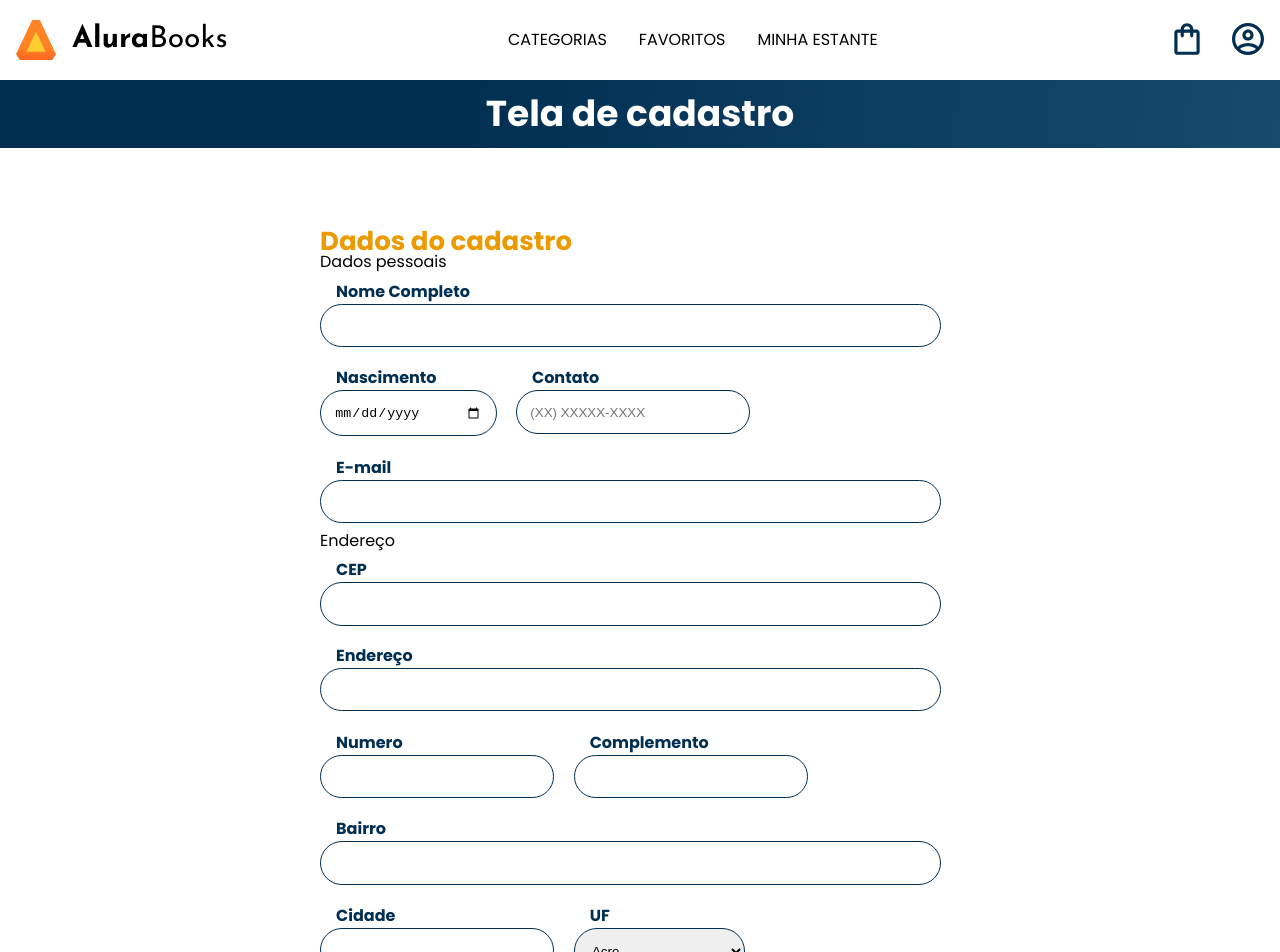
Repository: joaoPraiaJunior/viacep
Page: index.html
An editor plug-in stored every save of this project. The page is shown before and after the next save, followed by the edit.
The browser window is 1280 px wide. The pictures show the part of the page from y = 0 to 952 px (the page is 1714 px tall before and 1904 px after).
A picture or video elsewhere on the page could not be fetched, so the positions and the page height are approximate.

Above is the page before, as saved 2024-07-25 21:41:05.

### index.html
<!DOCTYPE html>
<html lang="pt-BR" dir="ltr">

<head>
    <meta charset="UTF-8">
    <meta http-equiv="X-UA-Compatible" content="IE=edge">
    <meta name="viewport" content="width=device-width, initial-scale=1.0">
    <link rel="stylesheet" href="./styles/reset.css">
    <link rel="preconnect" href="https://fonts.googleapis.com">
    <link rel="preconnect" href="https://fonts.gstatic.com" crossorigin>
    <link href="https://fonts.googleapis.com/css2?family=Poppins:wght@300;400;500;700&display=swap" rel="stylesheet">
    <link rel="stylesheet" href="https://unpkg.com/swiper@8/swiper-bundle.min.css" />
    <link href="https://fonts.googleapis.com/css2?family=Josefin+Sans:wght@400;700&display=swap" rel="stylesheet">
    <link rel="stylesheet" href="./styles/styles.css">
    <title>Formulário de cadastro</title>
</head>

<body>

    <header class="cabeçalho">
        <div class="container">
            <input type="checkbox" id="menu" class="container__botao">
            <label for="menu" class="container__rotulo">
                <span class="cabeçalho__menu-hamburguer container__imagem"></span>
            </label>
            <ul class="lista-menu">
                <li class="lista-menu__titulo">Categorias</li>
                <li class="lista-menu__item">
                    <a href="#" class="lista-menu__link">Programação</a>
                </li>
                <li class="lista-menu__item">
                    <a href="#" class="lista-menu__link">Front-end</a>
                </li>
                <li class="lista-menu__item">
                    <a href="#" class="lista-menu__link">Infraestrutura</a>
                </li>
                <li class="lista-menu__item">
                    <a href="#" class="lista-menu__link">Business</a>
                </li>
                <li class="lista-menu__item">
                    <a href="#" class="lista-menu__link">Design & UX</a>
                </li>
            </ul>
            <img src="img/Logo.svg" alt="Logo da Alurabooks" class="container__imagem">
            <h1 class="container__titulo"><b class="container__titulo--negrito">Alura</b>Books</h1>
        </div>

        <ul class="opções">
            <input type="checkbox" id="opções-menu" class="opções__botão">
            <li class="opções__item"><a href="#" class="opções__link">Categorias</a></li>
            <li class="opções__item"><a href="#" class="opções__link">Favoritos</a></li>
            <li class="opções__item"><a href="#" class="opções__link">Minha estante</a></li>
        </ul>

        <div class="container">
            <a href="#"><img src="img/Favoritos.svg" alt="Meus favoritos"
                    class="container__imagem container__imagem-transparente"></a>
            <a href="#" class="container__link">
                <img src="img/Compras.svg" alt="Carrinhos de compras" class="container__imagem">
                <p class="container__texto">Minha sacola</p>
            </a>
            <a href="#" class="container__link">
                <img src="img/Usuario.svg" alt="Meu perfil" class="container__imagem">
                <p class="container__texto">Meu perfil</p>
            </a>
        </div>
    </header>

    <section class="banner">
        <h2 class="banner__titulo">Tela de cadastro</h2>
    </section>

    <main class="principal">
        <h2 class="principal__titulo">Dados do cadastro</h2>

        <form class="principal__formulario" id="formulario" target="_blank"
            onsubmit="location.replace('./cadastro-finalizado.html')" data-js="formulario">
            <fieldset>
                <legend class="formulario__titulo">Dados pessoais</legend>
                <div class="formulario__campo">
                    <label class="campo__etiqueta" for="nome">Nome Completo</label>
                    <input name="nome" id="nome" class="campo__escrita" required />
                </div>
                <div class="formulario__dupla">
                    <div class="formulario__campo">
                        <label class="campo__etiqueta" for="nascimento">Nascimento</label>
                        <input name="nascimento" id="nascimento" type="date" class="campo__escrita" required />
                    </div>
                    <div class="formulario__campo">
                        <label class="campo__etiqueta" for="telefone">Contato</label>
                        <input name="telefone" id="telefone" type="tel" placeholder="(XX) XXXXX-XXXX" class="campo__escrita"
                            required />
                    </div>
                </div>
                <div class="formulario__campo">
                    <label class="campo__etiqueta" for="email">E-mail</label>
                    <input name="email" id="email" type="email" class="campo__escrita" required />
                </div>
            </fieldset>

            <fieldset>
                <legend class="formulario__titulo">Endereço</legend>

                <div class="formulario__campo">
                    <label class="campo__etiqueta" for="cep">CEP</label>
                    <input name="cep" id="cep" class="campo__escrita" required />
                    <div id="erro" class="formulario__erro" data-js="mensagem-de-erro"></div>
                </div>

                <div class="formulario__campo">
                    <label class="campo__etiqueta" for="endereco">Endereço</label>
                    <input name="endereco" id="endereco" class="campo__escrita" required />
                </div>
                <div class="formulario__dupla">
                    <div class="formulario__campo">
                        <label class="campo__etiqueta" for="numero">Numero</label>
                        <input name="numero" id="numero" class="campo__escrita" required />
                    </div>
                    <div class="formulario__campo">
                        <label class="campo__etiqueta" for="complemento">Complemento</label>
                        <input name="complemento" id="complemento" class="campo__escrita" />
                    </div>
                </div>
                <div class="formulario__campo">
                    <label class="campo__etiqueta" for="bairro">Bairro</label>
                    <input name="bairro" id="bairro" class="campo__escrita" required />
                </div>
                <div class="formulario__dupla">
                    <div class="formulario__campo">
                        <label class="campo__etiqueta" for="cidade">Cidade</label>
                        <input name="cidade" id="cidade" class="campo__escrita" required />
                    </div>
                    <div class="formulario__campo">
                        <label class="campo__etiqueta" for="estado">UF</label>
                        <select id="estado" name="estado" class="campo__escrita">
                            <option value="AC">Acre</option>
                            <option value="AL">Alagoas</option>
                            <option value="AP">Amapá</option>
                            <option value="AM">Amazonas</option>
                            <option value="BA">Bahia</option>
                            <option value="CE">Ceará</option>
                            <option value="DF">Distrito Federal</option>
                            <option value="ES">Espírito Santo</option>
                            <option value="GO">Goiás</option>
                            <option value="MA">Maranhão</option>
                            <option value="MT">Mato Grosso</option>
                            <option value="MS">Mato Grosso do Sul</option>
                            <option value="MG">Minas Gerais</option>
                            <option value="PA">Pará</option>
                            <option value="PB">Paraíba</option>
                            <option value="PR">Paraná</option>
                            <option value="PE">Pernambuco</option>
                            <option value="PI">Piauí</option>
                            <option value="RJ">Rio de Janeiro</option>
                            <option value="RN">Rio Grande do Norte</option>
                            <option value="RS">Rio Grande do Sul</option>
                            <option value="RO">Rondônia</option>
                            <option value="RR">Roraima</option>
                            <option value="SC">Santa Catarina</option>
                            <option value="SP">São Paulo</option>
                            <option value="SE">Sergipe</option>
                            <option value="TO">Tocantins</option>
                            <option value="EX">Estrangeiro</option>
                        </select>
                    </div>
                </div>
            </fieldset>

            <input type="submit" value="Enviar formulário" class="formulario__botao" id="enviar">
        </form>
    </main>

    <hr>
    <footer class="rodapé">
        <h2 class="rodapé__titulo">Grupo Alura</h2>
        <ul class="lista-rodapé">
            <li class="lista-rodapé__titulo">Educação</li>
            <li class="lista-rodapé__item">
                <img src="img/CasaDoCodigo.svg" alt="Logo da casa do código">
                <a href="https://www.casadocodigo.com.br/" class="lista-rodapé__link">Casa do código</a>
            </li>
            <li class="lista-rodapé__item">
                <img src="img/Caelum.svg" alt="Logo da caelum">
                <a href="https://caelum.com.br/" class="lista-rodapé__link">Caelum</a>
            </li>
        </ul>

        <ul class="lista-rodapé">
            <li class="lista-rodapé__titulo">Educação online</li>
            <li class="lista-rodapé__item">
                <img src="img/Alura.svg" alt="Logo da Alura">
                <a href="https://www.alura.com.br/" class="lista-rodapé__link">Alura</a>
            </li>
            <li class="lista-rodapé__item">
                <img src="img/AluraEmpresas.svg" alt="Logo da Alura para Empresas">
                <a href="https://www.alura.com.br/empresas" class="lista-rodapé__link">Alura para Empresas</a>
            </li>
            <li class="lista-rodapé__item">
                <img src="img/AluraLATAM.svg" alt="Logo da Alura Latam">
                <a href="https://www.aluracursos.com/" class="lista-rodapé__link">Alura LATAM</a>
            </li>
            <li class="lista-rodapé__item">
                <img src="img/AluraStart.svg" alt="Logo da Alura START">
                <a href="https://www.alurastart.com.br/" class="lista-rodapé__link">Alura Start</a>
            </li>
            <li class="lista-rodapé__item">
                <img src="img/MusicDot.svg" alt="Logo da Music Dot">
                <a href="https://www.musicdot.com.br/" class="lista-rodapé__link">Music Dot</a>
            </li>
            <li class="lista-rodapé__item">
                <img src="img/AluraLingua.svg" alt="Logo da Alura Lingua">
                <a href="https://www.aluralingua.com.br/" class="lista-rodapé__link">Alura Lingua</a>
            </li>
            <li class="lista-rodapé__item">
                <img src="img/PM3.svg" alt="Logo da PM3">
                <a href="https://www.cursospm3.com.br/" class="lista-rodapé__link">PM3</a>
            </li>
        </ul>

        <ul class="lista-rodapé">
            <li class="lista-rodapé__titulo">Comunidade</li>
            <li class="lista-rodapé__item">
                <img src="img/HipstersTech.svg" alt="Logo do Hipsters ponto Tech">
                <a href="https://hipsters.tech/" class="lista-rodapé__link">Hipsters ponto Tech</a>
            </li>
            <li class="lista-rodapé__item">
                <img src="img/ScubaDev.svg" alt="Logo do Scuba Dev">
                <a href="https://scuba.dev.br/" class="lista-rodapé__link">Scuba Dev</a>
            </li>
            <li class="lista-rodapé__item">
                <img src="img/LayersTech.svg" alt="Logo do Layers ponto Tech">
                <a href="https://layerspontotech.com.br/" class="lista-rodapé__link">Layers ponto Tech</a>
            </li>
            <li class="lista-rodapé__item">
                <img src="img/LikeABoss.svg" alt="Logo do Like a Boss">
                <a href="https://likeaboss.com.br/" class="lista-rodapé__link">Like a Boss</a>
            </li>
            <li class="lista-rodapé__item">
                <img src="img/CarreiraSemFronteira.svg" alt="Logo do Carreira sem fronteiras">
                <a href="https://www.carreirasemfronteiras.com.br/" class="lista-rodapé__link">Carreira sem
                    fronteiras</a>
            </li>
            <li class="lista-rodapé__item">
                <img src="img/HipstersJobs.svg" alt="Logo do Hipsters ponto jobs">
                <a href="https://hipsters.jobs/" class="lista-rodapé__link">Hipsters ponto jobs</a>
            </li>
            <li class="lista-rodapé__item">
                <img src="img/GUJ.svg" alt="Logo do GUJ">
                <a href="https://www.guj.com.br/" class="lista-rodapé__link">GUJ</a>
            </li>
        </ul>
    </footer>

    <script src="./js/script.js"></script>
</body>

</html>

### js/script.js

const elementos = {
    formulario: '[data-js="formulario"]',
    mensagemDeErro: '[data-js="mensagem-de-erro"]',
}


const formulario = document.querySelector(`${elementos.formulario}`);
const mensagemDeErro = document.querySelector(`${elementos.mensagemDeErro}`);
const cep = formulario.cep;

async function buscaEndereco(cep) {
    mensagemDeErro.innerHTML = "";

    try {
        const consultaDeCEP = await fetch(`https://viacep.com.br/ws/${cep}/json/`);
        const consultaDeCEPConvertida = await consultaDeCEP.json();

        if (consultaDeCEPConvertida.erro) {
            throw Error('CEP não existente!');
        }

        formulario.cidade.value = consultaDeCEPConvertida.localidade;
        formulario.endereco.value = consultaDeCEPConvertida.logradouro;
        formulario.bairro.value = consultaDeCEPConvertida.bairro;
        formulario.estado.value = consultaDeCEPConvertida.uf;

        console.log(consultaDeCEPConvertida);

        return consultaDeCEPConvertida;

    } catch (erro) {
        mensagemDeErro.innerHTML = `<p class="erro__imagem"></p><p class="erro__texto">CEP inválido. Tente novamente!</p>`
        console.log(erro);
    }
}

cep.addEventListener("focusout", () => buscaEndereco(cep.value));

### styles/header.css
.cabeçalho__menu-hamburguer {
    width: 24px;
    height: 24px;
    background-image: url("../img/Menu.svg");
    background-repeat: no-repeat;
    background-position: center;
    display: inline-block;
}

.container__botao:checked~.container__rotulo>.cabeçalho__menu-hamburguer {
    background-image: url("../img/Menu Aberto.svg");
}

.container__botao:checked~.container__rotulo {
    background: var(--azul-degrade);
}

.cabeçalho {
    background-color: var(--branco);
    display: flex;
    justify-content: space-between;
    align-items: center;
    position: relative;
}

.container {
    display: flex;
    align-items: center;
}

.container__imagem {
    padding: 1em;
}

.lista-menu {
    display: none;
    position: absolute;
    top: 100%;
    width: 60vw;
}

.container__botao:checked~.lista-menu {
    display: block;
}

.lista-menu__titulo,
.lista-menu__item {
    padding: 1em;
    background-color: var(--branco);
}

.lista-menu__titulo {
    color: var(--laranja);
    font-weight: 700;
}

.lista-menu__link {
    background: var(--azul-degrade);
    -webkit-background-clip: text;
    -webkit-text-fill-color: transparent;
    background-clip: text;
    text-transform: uppercase;
}

.container__botao {
    display: none;
}

.container__titulo {
    display: none;
}

.opções {
    display: none;
}

.container__texto {
    display: none;
}

@media screen and (min-width: 1024px) {

    .container__titulo,
    .container__titulo--negrito {
        font-family: var(--fonte-secundario);
        font-size: 30px;
    }

    .container__titulo {
        font-weight: 400;
        display: block;
    }

    .container__titulo--negrito {
        font-weight: 700;
    }

    .opções {
        display: flex;
    }

    .opções__item {
        padding: 0 1em;
        text-transform: uppercase;
    }

    .opções__link {
        text-decoration: none;
        color: var(--preto);
    }

    .container__imagem-transparente {
        display: none;
    }

    .cabeçalho__menu-hamburguer {
        display: none;
    }

    .opções__botão:checked~.lista-menu {
        display: block;
        width: auto;
    }

    .opções__botão {
        display: none;
    }

    .opções__botão:checked~.opções__rotulo>.opções__item {
        background: var(--azul-degrade);
        color: var(--branco);
    }

    .opções__item {
        padding: 2em 1em;
    }

    .lista-menu__item:hover {
        background: var(--azul-degrade);
    }

    .lista-menu__item:hover>.lista-menu__link {
        -webkit-text-fill-color: var(--branco);
        text-decoration: none;
    }

}

@media screen and (min-width: 1728px) {
    .container__link {
        display: flex;
        align-items: center;
        text-decoration: none;
        color: var(--preto);
    }

    .cabeçalho {
        padding: 0 2em;
    }

    .opções {
        margin-right: auto;
    }

    .container__texto {
        display: block;
    }
}

### styles/formulario.css
.principal {
    width: 50vw;
    margin: 5em auto 6em auto;
}

.principal__titulo {
    font-style: normal;
    font-weight: 700;
    font-size: 26px;
    color: var(--laranja)
}

.principal__subtitulo {
    font-weight: 700;
    font-size: 17px;
    line-height: 26px;
    color: var(--azul);
    margin: 3em 0 2em 0;
}

.campo__etiqueta {
    display: block;
    font-weight: 700;
    font-size: 16px;
    line-height: 24px;
    color: var(--azul);
    margin-left: 1em;
}

.campo__escrita {
    border: 1px solid var(--azul);
    border-radius: 24px;
    padding: 1em;
    width: 100%;
}

.formulario__campo {
    margin: .6em 3em .6em 0;

}

.formulario__dupla {
    display: flex;
}

.formulario__botao {
    background: var(--laranja);
    padding: 1em 4em;
    font-weight: 700;
    font-size: 20px;
    line-height: 30px;
    border: none;
    color: var(--branco);
    cursor: pointer;
    float: right;
}

.formulario__erro {
    display: flex;
    align-items: center;
    margin-top: .5em;
}

.erro__imagem {
    width: 16px;
    height: 16px;
    margin: 0 .5em;
    background-image: url('../img/warning.png');
    background-repeat: no-repeat;
    background-size: contain;
}

.erro__texto {
    font-size: 12px;
    line-height: 18px;
    color: var(--vermelho);
}

### styles/rodape.css
hr {
    margin: 0;
}

.rodapé {
    background-color: var(--branco);
    padding: 1em;
}

.lista-rodapé {
    display: none;
}

@media screen and (min-width: 1024px) {
    .rodapé {
        display: flex;
        justify-content: space-around;
    }

    .lista-rodapé {
        display: block;
    }

    .lista-rodapé__item {
        display: flex;
        align-items: center;
        margin: 0.6em 0;
    }

    .lista-rodapé__link {
        color: var(--cinza);
        text-decoration: none;
        margin-left: 0.6em;
    }

    .lista-rodapé__titulo {
        font-size: 14px;
        color: var(--cinza-claro);
    }

    .rodapé__titulo {
        font-size: 24px;
    }
}

@media screen and (min-width: 1728px) {
    .lista-rodapé {
        border-left: 1px solid var(--cinza-claro);
        padding-left: 1em;
    }

    .rodapé {
        padding: 3em 0;
    }
}

Loaded but not shown: styles/reset.css (common file); styles/styles.css (common file); styles/banner.css (common file); styles/cadastro.css (common file)

After the next save:
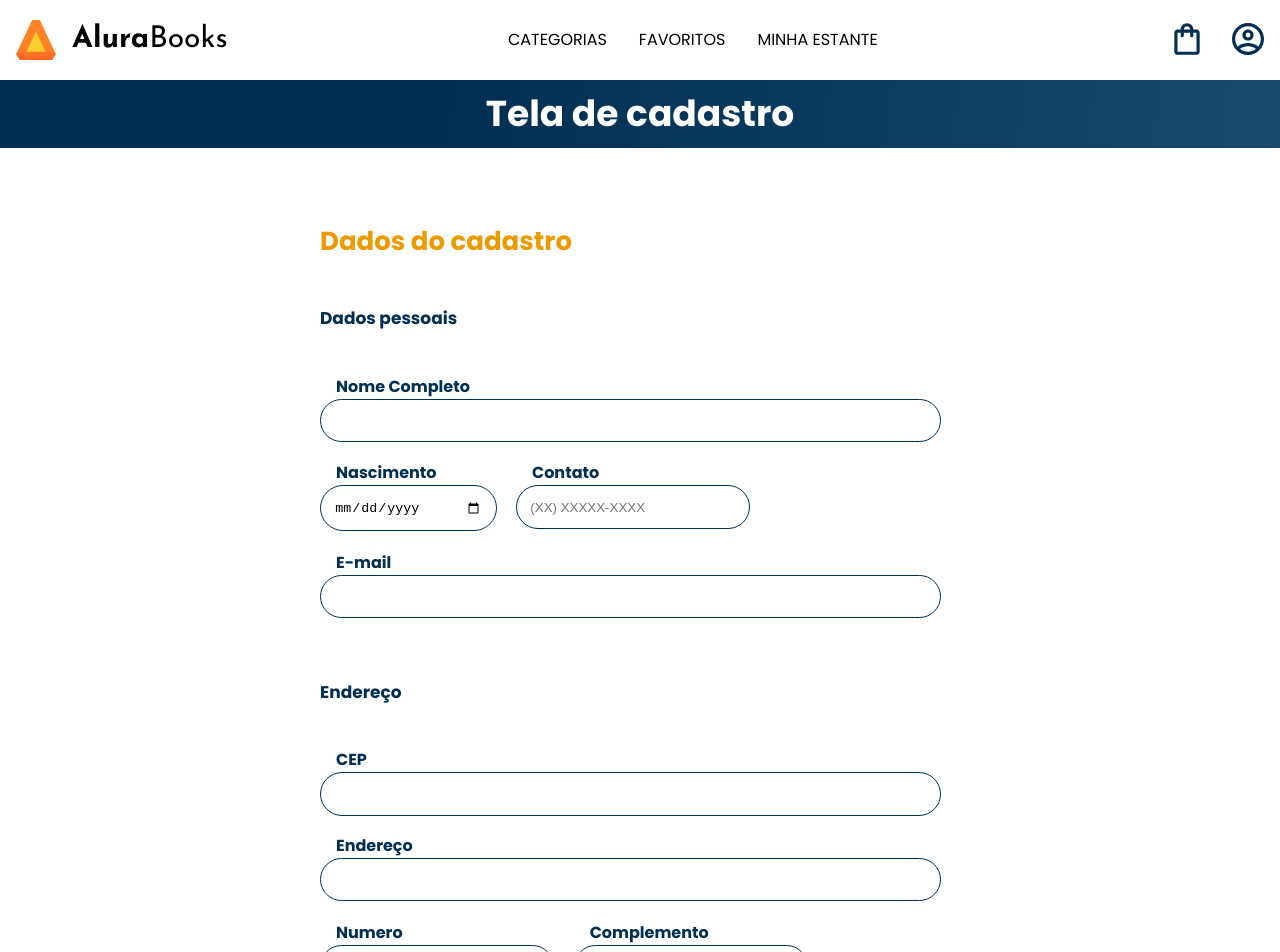
Saved 27 s later.
--- a/styles/formulario.css
+++ b/styles/formulario.css
@@ -1,77 +1,84 @@
 .principal {
-    width: 50vw;
-    margin: 5em auto 6em auto;
+  width: 50vw;
+  margin: 5em auto 6em auto;
 }
 
 .principal__titulo {
-    font-style: normal;
-    font-weight: 700;
-    font-size: 26px;
-    color: var(--laranja)
+  font-style: normal;
+  font-weight: 700;
+  font-size: 26px;
+  color: var(--laranja);
 }
 
 .principal__subtitulo {
-    font-weight: 700;
-    font-size: 17px;
-    line-height: 26px;
-    color: var(--azul);
-    margin: 3em 0 2em 0;
+  font-weight: 700;
+  font-size: 17px;
+  line-height: 26px;
+  color: var(--azul);
+  margin: 3em 0 2em 0;
 }
 
 .campo__etiqueta {
-    display: block;
-    font-weight: 700;
-    font-size: 16px;
-    line-height: 24px;
-    color: var(--azul);
-    margin-left: 1em;
+  display: block;
+  font-weight: 700;
+  font-size: 16px;
+  line-height: 24px;
+  color: var(--azul);
+  margin-left: 1em;
 }
 
 .campo__escrita {
-    border: 1px solid var(--azul);
-    border-radius: 24px;
-    padding: 1em;
-    width: 100%;
+  border: 1px solid var(--azul);
+  border-radius: 24px;
+  padding: 1em;
+  width: 100%;
+}
+
+.formulario__titulo {
+  font-weight: 700;
+  font-size: 17px;
+  line-height: 26px;
+  color: var(--azul);
+  padding: 3em 0 2em 0;
 }
 
 .formulario__campo {
-    margin: .6em 3em .6em 0;
-
+  margin: 0.6em 3em 0.6em 0;
 }
 
 .formulario__dupla {
-    display: flex;
+  display: flex;
 }
 
 .formulario__botao {
-    background: var(--laranja);
-    padding: 1em 4em;
-    font-weight: 700;
-    font-size: 20px;
-    line-height: 30px;
-    border: none;
-    color: var(--branco);
-    cursor: pointer;
-    float: right;
+  background: var(--laranja);
+  padding: 1em 4em;
+  font-weight: 700;
+  font-size: 20px;
+  line-height: 30px;
+  border: none;
+  color: var(--branco);
+  cursor: pointer;
+  float: right;
 }
 
 .formulario__erro {
-    display: flex;
-    align-items: center;
-    margin-top: .5em;
+  display: flex;
+  align-items: center;
+  margin-top: 0.5em;
 }
 
 .erro__imagem {
-    width: 16px;
-    height: 16px;
-    margin: 0 .5em;
-    background-image: url('../img/warning.png');
-    background-repeat: no-repeat;
-    background-size: contain;
+  width: 16px;
+  height: 16px;
+  margin: 0 0.5em;
+  background-image: url("../img/warning.png");
+  background-repeat: no-repeat;
+  background-size: contain;
 }
 
 .erro__texto {
-    font-size: 12px;
-    line-height: 18px;
-    color: var(--vermelho);
+  font-size: 12px;
+  line-height: 18px;
+  color: var(--vermelho);
 }
